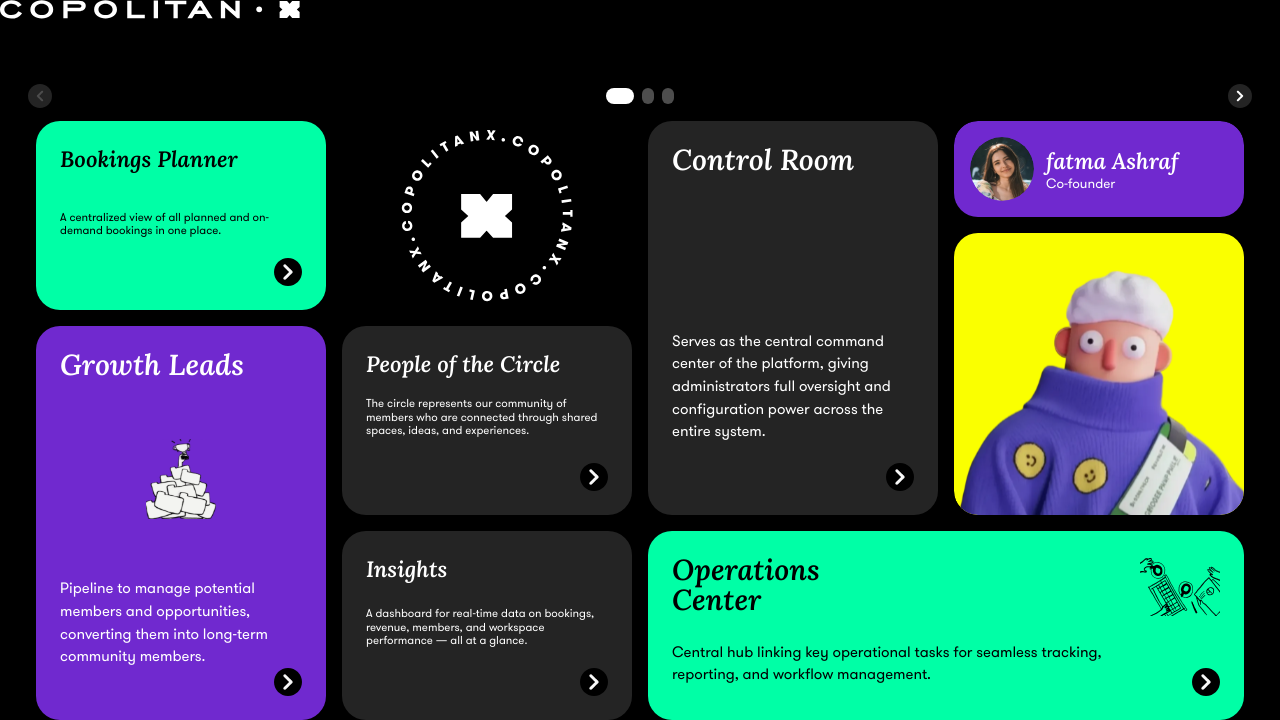
Repository: mohameddtalal/Copolitan-X
Page: /dashboard
An editor plug-in stored every save of this project. The page is shown before and after the next save, followed by the edit.
The browser window is 1280 px wide. The pictures show the whole page.
The project was rebuilt for these pictures with package versions that can differ from the ones it lists, and the page was loaded fresh each time. The framework's server and built-in components were replaced by stand-ins that run in the browser. Also part of the build but not shown: next.config.ts.

Above is the page before, as saved 2026-02-10 12:48:31.

### src/app/layout.tsx
import type { Metadata } from "next";
import { Geist, Geist_Mono } from "next/font/google";
import "./globals.css";
import Navbar from "@/components/Navbars/NavbarDynamic";
import { NavProvider } from "@/components/Context/Navcontext";

const geistSans = Geist({
  variable: "--font-geist-sans",
  subsets: ["latin"],
});

const geistMono = Geist_Mono({
  variable: "--font-geist-mono",
  subsets: ["latin"],
});

export const metadata: Metadata = {
  title: "Create Next App",
  description: "Generated by create next app",
};

export default function RootLayout({
  children,
}: Readonly<{
  children: React.ReactNode;
}>) {
  return (
    <html lang="en">
      <body
        className={`${geistSans.variable} ${geistMono.variable} antialiased  w-full flex flex-col m-0 p-0`}
      >

        <NavProvider>
          <div className="flex-shrink-0">
            <Navbar />
          </div>
          <div className="flex-1 overflow-auto w-full">
            {children}
          </div>
        </NavProvider>

      </body>
    </html>
  );
}

### src/app/(pages)/dashboard/page.tsx

'use client';

import BentoGrid from "@/components/BentoGrid/BentoGrid";





export default function DashboardPage() {
  return (
      <>
        <BentoGrid/>
      </>
  );
}

### src/app/globals.css
@import "tailwindcss";

:root {
  --background: #000000;
  --foreground: #ffffff;
  --green: #00ffa6;
}













@theme inline {
  --color-background: var(--background);
  --color-foreground: var(--foreground);
}

@media (prefers-color-scheme: dark) {
  :root {
    --background: #000000;
    --foreground: #ffffff;
  }
}

/* GT Walsheim */
@font-face {
  font-family: "GT Walsheim";
  src: url("/fonts/GT-Walsheim-Pro-Light.ttf") format("truetype");
  font-weight: 300;
  font-style: normal;
  font-display: swap;
}

@font-face {
  font-family: "GT Walsheim";
  src: url("/fonts/GT-Walsheim-Pro-Regular.ttf") format("truetype");
  font-weight: 400;
  font-style: normal;
  font-display: swap;
}

@font-face {
  font-family: "GT Walsheim";
  src: url("/fonts/GT-Walsheim-Pro-Medium.ttf") format("truetype");
  font-weight: 500;
  font-style: normal;
  font-display: swap;
}

@font-face {
  font-family: "GT Walsheim";
  src: url("/fonts/GT-Walsheim-Pro-Bold.ttf") format("truetype");
  font-weight: 700;
  font-style: normal;
  font-display: swap;
}

@font-face {
  font-family: "GT Walsheim";
  src: url("/fonts/GT-Walsheim-Pro-Ultra-Bold.ttf") format("truetype");
  font-weight: 800;
  font-style: normal;
  font-display: swap;
}

@font-face {
  font-family: "GT Walsheim";
  src: url("/fonts/GT-Walsheim-Pro-Ultra-Bold-Oblique.ttf") format("truetype");
  font-weight: 800;
  font-style: italic;
  font-display: swap;
}

@font-face {
  font-family: "Lora";
  src: url("/fonts/Lora-Italic.ttf") format("truetype");
  font-weight: 400;
  font-style: italic;
  font-display: swap;
}

@font-face {
  font-family: "Lora";
  src: url("/fonts/Lora-MediumItalic.ttf") format("truetype");
  font-weight: 500;
  font-style: italic;
  font-display: swap;
}

@font-face {
  font-family: "Lora";
  src: url("/fonts/Lora-SemiBoldItalic.ttf") format("truetype");
  font-weight: 600;
  font-style: italic;
  font-display: swap;
}

@font-face {
  font-family: "Lora";
  src: url("/fonts/Lora-BoldItalic.ttf") format("truetype");
  font-weight: 700;
  font-style: italic;
  font-display: swap;
}

body {
  background: var(--background);
  color: var(--foreground);
  font-family:
    "GT Walsheim",
    "Lora",
}

.font-gtwalsheim {
  font-family: "GT Walsheim";
  font-weight: 400;
}

.font-lora {
  font-family: "Lora";
}

.lora-semibold-italic {
  font-family: "Lora";
  font-weight: 600;
  font-style: italic;
}

/* Responsive type scales */
/* 1536px media query (user-specified sizes) */
@media (min-width: 1536px) {
  .title-lg {
    font-size: 32px !important;
    line-height: 40px;
  }
  .desc-lg {
    font-size: 16px !important;
    line-height: 24px;
  }
  .title-md {
    font-size: 24px;
    line-height: 32px;
  }
  .desc-md {
    font-size: 14px;
    line-height: 14px;
  }
  .title-sm {
    font-size: 24px;
    line-height: 32px;
  }
  .desc-sm {
    font-size: 12px;
    line-height: 14px;
  }
}

.title-lg {
  font-size: clamp(1.125rem, 0.8571rem + 1.1905vw, 2rem);
  line-height: 30px;
}

.desc-lg {
  font-size: clamp(0.75rem, 0.6735rem + 0.3401vw, 1rem);
}

.title-md {
  font-size: clamp(1rem, 0.8469rem + 0.6803vw, 1.5rem);
  line-height: clamp(1.375rem, 1.1837rem + 0.8503vw, 2rem);
}

.desc-md {
  font-size: clamp(0.75rem, 0.7117rem + 0.1701vw, 0.875rem);
  line-height: clamp(0.75rem, 0.7117rem + 0.1701vw, 0.875rem);
}

.title-sm {
  font-size: clamp(1rem, 0.8469rem + 0.6803vw, 1.5rem);
  line-height: clamp(1.375rem, 1.1837rem + 0.8503vw, 2rem);
}

.desc-sm {
  font-size: clamp(0.625rem, 0.5867rem + 0.1701vw, 0.75rem);
  line-height: clamp(0.75rem, 0.7117rem + 0.1701vw, 0.875rem);
}
@media (min-height: 670px) {
body,html{
height: 100%;
}
}


/* width */
::-webkit-scrollbar {
  width: 8px;
  height: 8px;
}

/* Track */
::-webkit-scrollbar-track {
  background: transparent;
}

/* Handle */
::-webkit-scrollbar-thumb {
  background-color: #555;
  border-radius: 9999px;
  border: 2px solid transparent;
  background-clip: content-box;
}

/* Handle on hover */
::-webkit-scrollbar-thumb:hover {
  background-color: #777;
}

/* Flip Card Styles */
.perspective-1000 {
  perspective: 1000px;
}

.flip-wrapper {
  width: 100%;
  height: 100%;
  position: relative;
  transform-style: preserve-3d;
  transition: transform 0.6s;
  cursor: pointer;
}

.group:hover .flip-wrapper {
  transform: rotateY(180deg);
}

.flip-front,
.flip-back {
  backface-visibility: hidden;
  position: absolute;
  top: 0;
  left: 0;
  width: 100%;
  height: 100%;
}

.flip-front {
  z-index: 2;
  transform: rotateY(0deg);
}

.flip-back {
  transform: rotateY(180deg);
}

.card-button {
  padding: 8px 16px;
  border-radius: 9999px;
  font-size: 14px;
  font-weight: 500;
  border: none;
  cursor: pointer;
  display: flex;
  align-items: center;
  justify-content: center;
}

.card-back-scroller {
  flex: 1;
  overflow-y: auto;
  margin-top: auto;
}

.card-description-sm {
  font-family: "GT Walsheim";
  font-size: 14px;
  line-height: 1.4;
}

### src/components/Navbars/NavbarDynamic.tsx
"use client";
import { useRouter } from "next/navigation";
import Link from "next/link";
import Image from "next/image";
import { useState } from "react";
import { useNav } from "@/components/Context/Navcontext";

const Navbar = () => {
  const [isSearchOpen, setIsSearchOpen] = useState(false);
  const [searchText, setSearchText] = useState("");
  const { selectedTitle, selectedButton } = useNav();
  const router = useRouter();
  const handleSearch = () => {
    setIsSearchOpen((prev) => !prev); // toggle input
  };
  return (
    <nav className="navbar ">
      <div className="row">
        <Link href="/dashboard">
          <div className="logo">
            <Image
              src="/navbar/Layer_1.svg"
              alt="LogoImage"
              className="logo-img"
              width={301}
              height={19}
            />
          </div>
        </Link>
        <div className="nav-inside">
          <div
            className=""
            style={{ marginBottom: "0px", color: "var(--black)" }}
          >
            <p>{selectedTitle}</p>
          </div>
          <div
            className=""
            style={{
              marginTop: "0px",
              color: "var(--black)",
              fontSize: "16px",
            }}
          >
            <p>{selectedButton}</p>
          </div>
        </div>
        <div className="navItems" style={{ position: "relative" }}>
          {isSearchOpen && (
            <input
              type="text"
              className="search-input"
              placeholder="Search..."
              value={searchText}
              onChange={(e) => setSearchText(e.target.value)}
              autoFocus
            />
          )}
          <div className="search">
            <button
              className="search"
              style={{ zIndex: 10, cursor: "pointer" }}
              onClick={handleSearch}
            >
              <Image
                className="search-img"
                src="/navbar/search.svg"
                alt="search"
                width={18}
                height={18}
              />
            </button>
            {/* Search input (show only if open) */}
          </div>
          <div className="line"></div>
          <div className="notifications">
            <button
              className="notification"
              style={{ cursor: "pointer" }}
              onClick={() => router.push("/notificationPage")}
            >
              <Image
                className="notification-img"
                src="/navbar/notification.svg"
                alt="notification"
                width={21}
                height={21}
              />
            </button>
          </div>
          <div className="line"></div>
          <div className="quote">
            <Image
              src="/navbar/quote.svg"
              alt="quote"
              width={14}
              height={13}
              className="quote-img"
            />
          </div>
        </div>
      </div>
    </nav>
  );
};

export default Navbar;

### src/components/Context/Navcontext.tsx
"use client";

import { createContext, useContext, useState } from "react";

const NavContext = createContext<any>(null);

export function NavProvider({ children }: { children: React.ReactNode }) {
  const [selectedTitle, setSelectedTitle] = useState("");
  const [selectedButton, setSelectedButton] = useState("");

  return (
    <NavContext.Provider
      value={{ selectedTitle, setSelectedTitle, selectedButton, setSelectedButton }}
    >
      {children}
    </NavContext.Provider>
  );
}

export function useNav() {
  return useContext(NavContext);
}

### src/components/BentoGrid/BentoGrid.tsx
import React, { useState } from 'react';
import { motion } from 'framer-motion';
import Navigation from '../Navigation/Navigation';
import PageContainer from '../PageContainer/PageContainer';
import BadgeCard from '../BadgeCard/BadgeCard';

const BentoGrid = () => {
    const [currentPage, setCurrentPage] = useState(0);

    // Dummy data for cards - 3 pages × 12 cards each
    const pages = [
        // Page 1
        [
            { id: 1, title: "Bookings Planner", description: "A centralized view of all planned and on-demand bookings in one place.", color: "bg-[var(--green)]", span: "col-span-1 row-span-1", flippable: true },
            { id: 2, title: "", description: "", color: "bg-[var(--background)]", span: "col-span-1 row-span-1", image: "/cards/CIRCULAR TEXT.svg" },
            { id: 3, title: "Control Room", description: "Serves as the central command center of the platform, giving administrators full oversight and configuration power across the entire system.", color: "bg-[#242424]", span: "col-span-1 row-span-2", flippable: true },
            { id: 4, title: "fatma Ashraf", description: "Co-founder", color: "bg-[var(--background)]", span: "col-span-1 row-span-2", isSplit: true, profileImage: "/cards/profile.svg", characterImage: "/cards/character.svg" },
            { id: 5, title: "Growth Leads", description: "Pipeline to manage potential members and opportunities, converting them into long-term community members.", color: "bg-[#7029CF]", span: "col-span-1 row-span-2", cardImage: "/cards/card5.svg", layoutType: "column" },
            { id: 6, title: "People of the Circle", description: "The circle represents our community of members who are connected through shared spaces, ideas, and experiences.", color: "bg-[#242424]", span: "col-span-1 row-span-1" },
            { id: 7, title: "Insights", description: "A dashboard for real-time data on bookings, revenue, members, and workspace performance — all at a glance.", color: "bg-[#242424]", span: "col-span-1 row-span-1" },
            { id: 8, title: "Operations \nCenter", description: "Central hub linking key operational tasks for seamless tracking, reporting, and workflow management.", color: "bg-[var(--green)]", span: "col-span-2 row-span-1", cardImage: "/cards/card8.svg", layoutType: "row" },
        ],
        // Page 2
        [
            { id: 9, title: "Partnerships Network", description: "Oversee and manage all partnerships, deals, and strategic collaborations", color: "bg-[#FFD3D2]", span: "col-span-1 row-span-1", flippable: true },
            { id: 2, title: "", description: "", color: "bg-[var(--background)]", span: "col-span-1 row-span-1", image: "/cards/CIRCULAR TEXT.svg" },
            { id: 10, title: "Security \nControl", description: "Serves as the central command center of the platform, giving administrators full oversight and configuration power across the entire system.", color: "bg-[#242424]", span: "col-span-1 row-span-2", cardImage: "/cards/card11.svg", layoutType: "column" },
            { id: 4, title: "fatma Ashraf", description: "Co-founder", color: "bg-[var(--background)]", span: "col-span-1 row-span-2", isSplit: true, profileImage: "/cards/profile.svg", characterImage: "/cards/character.svg" },
            { id: 11, title: "Finance Center", description: "A control panel for streamlined financial records and insights collaborations.", color: "bg-[#242424]", span: "col-span-1 row-span-2" },
            { id: 12, title: "Experience& \nEngagement Lab", description: "A tools lab that drives engagement and growth where experience is refined and elevated.", color: "bg-[#242424]", span: "col-span-1 row-span-1" },
            { id: 13, title: "Data Hub", description: "A streamlined repository for all data collect, analyze, and access key metrics to drive informed decisions.", color: "bg-[#242424]", span: "col-span-1 row-span-1" },
            { id: 14, title: "Facility \nManagement ", description: "Central hub linking key operational tasks for seamless tracking, reporting, and workflow management.", color: "bg-[#242424]", span: "col-span-2 row-span-1", cardImage: "/cards/card15.svg", layoutType: "row" },
        ],
        // Page 3
        [
            { id: 15, title: "Data Hub", description: "A streamlined repository for all data collect, analyze, and access key metrics to drive informed decisions.", color: "bg-[#FFD3D2]", span: "col-span-1 row-span-1", flippable: true },
            { id: 2, title: "", description: "", color: "bg-[var(--background)]", span: "col-span-1 row-span-1", image: "/cards/CIRCULAR TEXT.svg" },
            { id: 4, title: "fatma Ashraf", description: "Co-founder", color: "bg-[var(--background)]", span: "col-span-1 row-span-2", isSplit: true, profileImage: "/cards/profile.svg", characterImage: "/cards/character.svg" },


        ],
    ];
    const nextPage = () => {
        if (currentPage < pages.length - 1) {
            setCurrentPage(currentPage + 1);
        }
    };

    const prevPage = () => {
        if (currentPage > 0) {
            setCurrentPage(currentPage - 1);
        }
    };

    return (
        <div className="w-full h-full px-1 sm:px-1 md:px-2 lg:px-3 xl:px-5 flex flex-col overflow-hidden">
            {/* Navigation Section */}
            <Navigation
              currentPage={currentPage}
              pages={pages}
              setCurrentPage={setCurrentPage}
              totalPages={pages.length}
              onPrev={prevPage}
              onNext={nextPage}
            />

            {/* Grid Container */}
            <div className="flex-1 overflow-hidden w-full min-h-0">
                <div
                    className="flex h-full w-full transition-transform duration-1000 ease-[cubic-bezier(0.16,1,0.3,1)]"
                    style={{ transform: `translateX(-${currentPage * 100}%)` }}
                >
                    {pages.map((page, pageIndex) => (
                        <PageContainer key={pageIndex}>
                            {page.map((card) => (
                                <BadgeCard key={card.id} card={card} />
                            ))}
                        </PageContainer>
                    ))}
                </div>
            </div>


        </div>
    );
};

export default BentoGrid;

### src/components/Navigation/Navigation.tsx
import React from 'react';

export default function Navigation({
  currentPage,
  totalPages,
  setCurrentPage,
  pages,
  onPrev,
  onNext,
}: {
  currentPage: number;
  totalPages: number;
  setCurrentPage:Function,
  pages:any[],
  onPrev: () => void;
  onNext: () => void;
}) {
  return (
    <div className="flex items-center justify-between mb-1.5 sm:mb-3 shrink-0 h-[26px]">
      <div className="flex gap-2 sm:gap-3 justify-between w-full items-center">
        <button
          onClick={onPrev}
          disabled={currentPage === 0}
          className={`rounded-full p-0.5 sm:p-0.6 md:p-0.8 lg:p-1 xl:p-2 transition-all ${
            currentPage === 0 ? 'cursor-not-allowed' : 'cursor-pointer'
          }`}
        >
          <img
            src={currentPage === 0 ? "/cards/DimmedLeft.svg" : "/cards/Left.svg"}
            alt="Previous"
            className="w-3 h-3 sm:w-4 sm:h-4 lg:w-6 lg:h-6"
          />
        </button>
   {/* Page Indicators */}
            <div className="flex justify-center gap-2  shrink-0 ">
                {pages.map((_, index) => (
                    <button
                        key={index}
                        onClick={() => setCurrentPage(index)}
                        className={`h-4 cursor-pointer rounded-full transition-all ${currentPage === index ? 'w-5 sm:w-7 bg-white' : 'w-3 bg-white/30'
                            }`}
                    />
                ))}
            </div>
        <button
          onClick={onNext}
          disabled={currentPage === totalPages - 1}
          className={`rounded-full p-0.5 sm:p-0.6 md:p-0.8 lg:p-1 xl:p-2 transition-all ${
            currentPage === totalPages - 1 ? 'cursor-not-allowed' : 'cursor-pointer'
          }`}
        >
          <img
            src={currentPage === totalPages - 1 ? "/cards/DimmedRight.svg" : "/cards/Right.svg"}
            alt="Next"
            className="w-3 h-3 sm:w-4 sm:h-4 lg:w-6 lg:h-6"
          />
        </button>
      </div>
    </div>
  );
}

### src/components/PageContainer/PageContainer.tsx
export default function PageContainer({ children }: { children: React.ReactNode }) {


    return (
        <div className="min-w-full h-full px-1.5 sm:px-2 md:px-2 lg:px-3 xl:px-4 flex items-center justify-center ">
            <div className="grid grid-cols-4 grid-rows-3 gap-2 sm:gap-3 lg:gap-4 w-full h-full auto-rows-fr relative">
                {children}
            </div>
        </div>
    )
}

### src/components/BadgeCard/BadgeCard.module.css

.card-3,
.card-10,
.card-11 {
  display: flex;
  height: 100%;
  flex-direction: column;
  justify-content: space-between;
  padding-bottom: 20px;
}

.card-1,
.card-15,
.card-9 {
  display: flex;
  height: 100%;
  flex-direction: column;
  justify-content: space-between;
  padding-bottom: 20px;
}

.card-13,
.card-7 {
  display: flex;
  height: 100%;
  flex-direction: column;
  justify-content: space-between;
  padding-bottom: 20px;
}
.card-6,
.card-12 {
  display: flex;
  height: 100%;
  flex-direction: column;
  justify-content: space-between;
  padding-bottom: 25px;
}

.card-8,
.card-10,
.card-14 {
  display: flex;
  height: 100%;
  flex-direction: column;
  justify-content: space-between;
  padding-bottom: 10px;
}

.card-icon-8,
.card-icon-14,
.card-icon-12 {
  position: absolute;
  right: 24px;
  bottom: 24px;
}

.card-image-4{
  height: 100%;
}

Loaded but not shown: src/components/BadgeCard/BadgeCard.tsx (222 lines, source omitted)

After the next save:
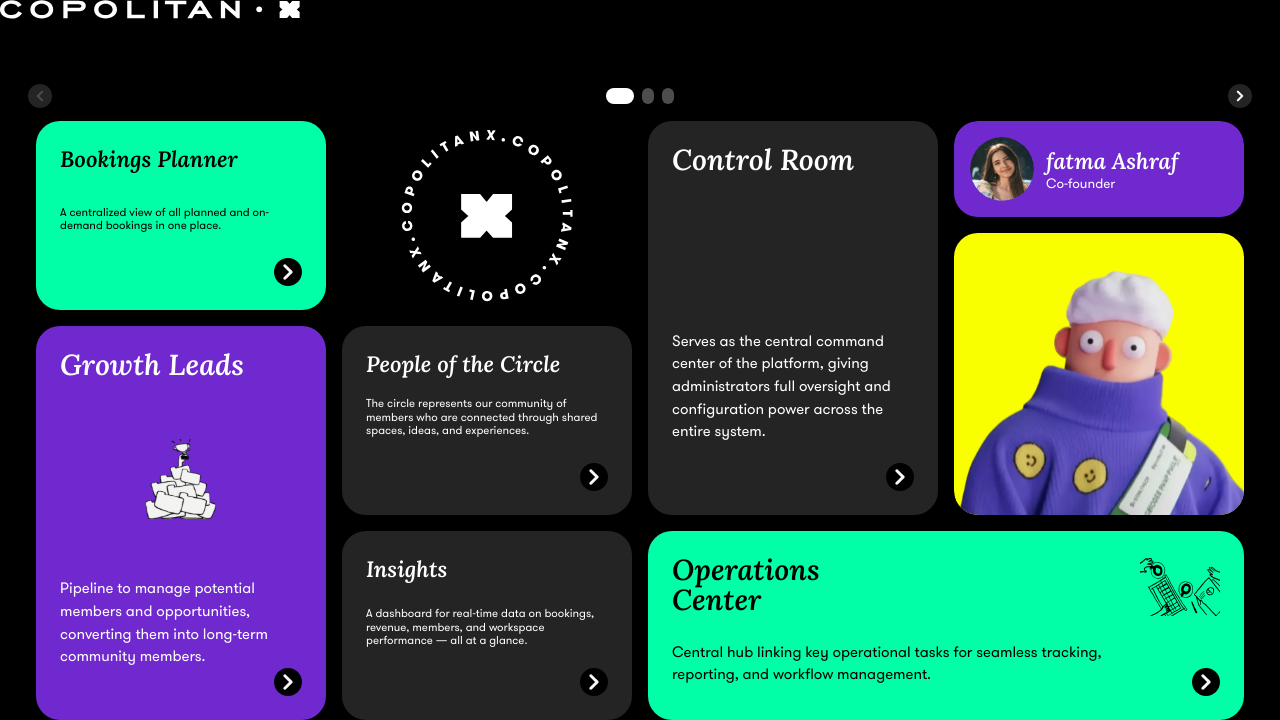
Saved 7 s later.
--- a/src/components/BadgeCard/BadgeCard.module.css
+++ b/src/components/BadgeCard/BadgeCard.module.css
@@ -16,7 +16,7 @@
   height: 100%;
   flex-direction: column;
   justify-content: space-between;
-  padding-bottom: 20px;
+  padding-bottom: 25px;
 }
 
 .card-13,
